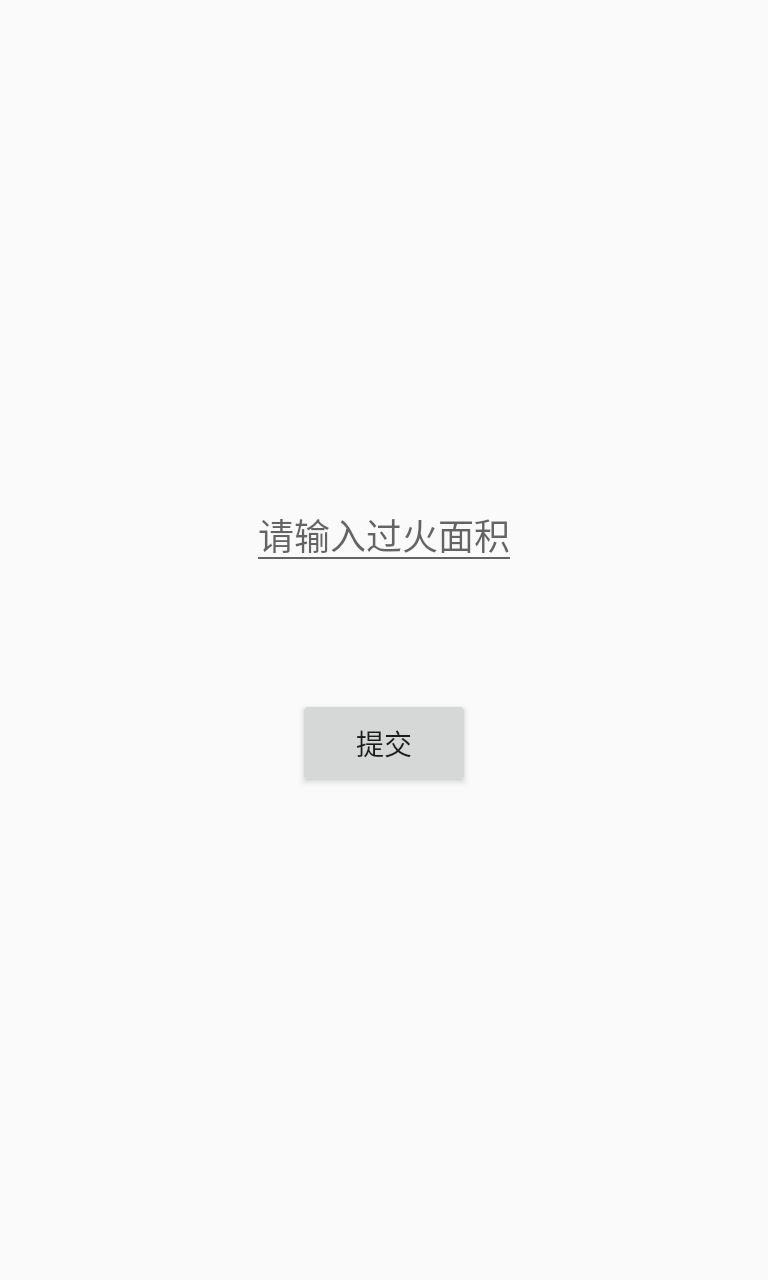
Repository: hohoTT/fireWork_handle_app
Layout: fireWork_handle_app/res/layout/normal_fire_water.xml
These files come from the project's save history. The layout is drawn as it stood at one moment and after a run of saves; the edit follows.
It is drawn on a 768 x 1280 px phone screen (xhdpi) without system bars, with theme AppTheme; the app's code is not run.

Above is the layout before, as saved 2016-03-02 04:47:04.

After the next 2 saves:
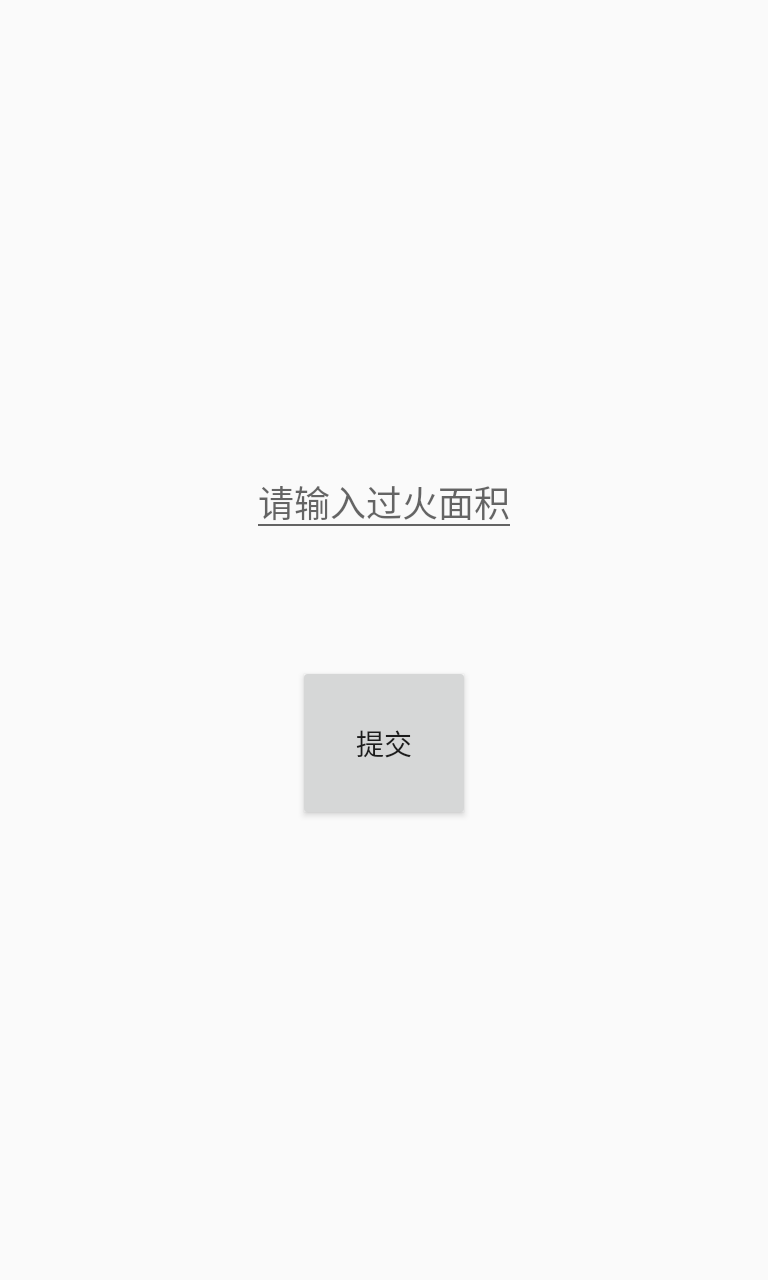
The 2 saves are shown as one change because they came seconds apart.
The last was saved 25 s later.
--- a/fireWork_handle_app/res/layout/normal_fire_water.xml
+++ b/fireWork_handle_app/res/layout/normal_fire_water.xml
@@ -18,6 +18,7 @@
         android:layout_width="wrap_content"
         android:layout_gravity="center"
 	    android:layout_margin="30dp"
+	    android:padding="30dp"
         android:layout_height="wrap_content"
 
         android:text="@string/btn_send" />
